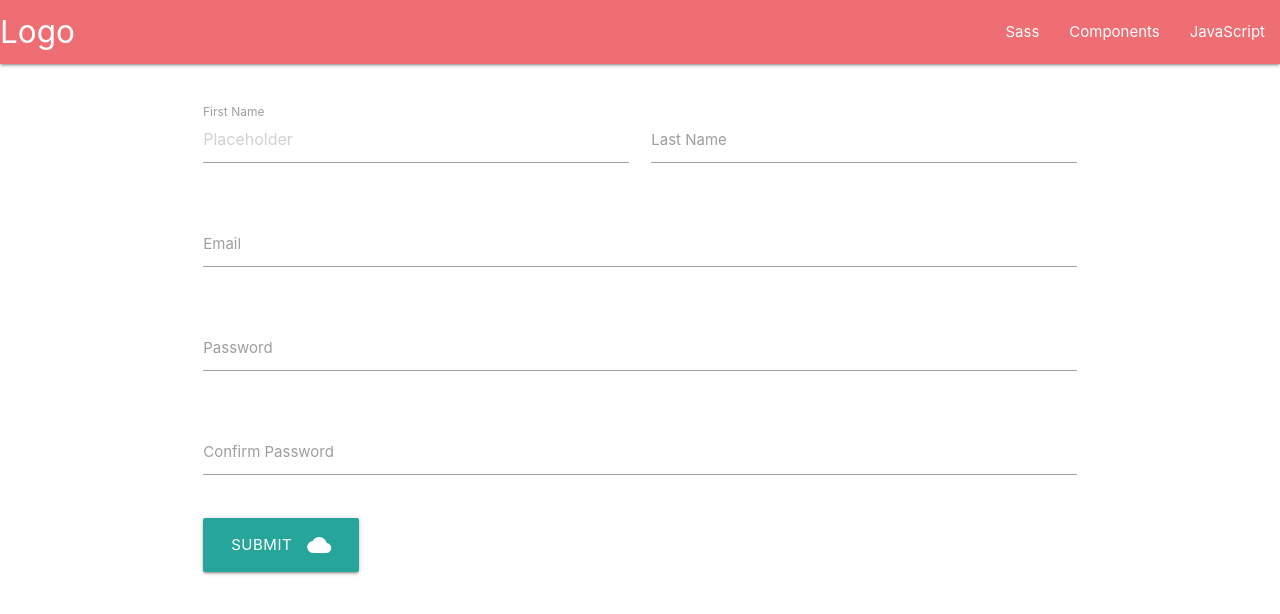
Repository: RavinakS/signup-page-html-js
Page: index.html
These files come from the project's save history. The page is drawn as it stood at one moment and after the next save; the edit follows.
The browser window is 1280 px wide. The pictures show the whole page.

Above is the page before, as saved 2021-12-13 12:01:41.

### index.html
<!DOCTYPE html>
<html lang="en">
<head>
    <meta charset="UTF-8">
    <meta http-equiv="X-UA-Compatible" content="IE=edge">
    <meta name="viewport" content="width=device-width, initial-scale=1.0">

    <title>Document</title>
    <link href="https://fonts.googleapis.com/icon?family=Material+Icons" rel="stylesheet">
    <link rel="stylesheet" href="https://cdnjs.cloudflare.com/ajax/libs/materialize/1.0.0/css/materialize.min.css">
    <script src="https://cdnjs.cloudflare.com/ajax/libs/materialize/1.0.0/js/materialize.min.js"></script>

</head>
<body>
    <nav>
        <div class="nav-wrapper">
          <a href="#" class="brand-logo">Logo</a>
          <ul id="nav-mobile" class="right hide-on-med-and-down">
            <li><a href="sass.html">Sass</a></li>
            <li><a href="badges.html">Components</a></li>
            <li><a href="collapsible.html">JavaScript</a></li>
          </ul>
        </div>
      </nav>
      <br/>
    <div class="container">
        <div class="row">
            <form class="col s12">
              <div class="row">
                <div class="input-field col s6">
                  <input placeholder="Placeholder" id="first_name" type="text" class="validate" name="firstName">
                  <label for="first_name">First Name</label>
                </div>
                <div class="input-field col s6">
                  <input id="last_name" type="text" class="validate" name="lastName">
                  <label for="last_name">Last Name</label>
                </div>
              </div>
              <div class="row">
                <div class="input-field col s12">
                  <input id="email" type="email" class="validate" name="email">
                  <label for="email">Email</label>
                </div>
              </div>
              <div class="row">
                <div class="input-field col s12">
                  <input id="password" type="password" class="validate" name="password">
                  <label for="password">Password</label>
                </div>
              </div>
              <div class="row">
                <div class="input-field col s12">
                  <input id="cPassword" type="password" class="validate" name="cPassword">
                  <label for="password">Confirm Password</label>
                </div>
              </div>

              <button class="waves-effect waves-light btn-large" type="submit" onclick="formValidation">
                  <i class="material-icons right">cloud</i>
                  Submit
              </button>

            </form>
            <p id="error-msg"></p>
          </div>
    </div>
</body>

<script>
    const regexObject = {
        name: new RegExp(/^([a-zA-Z]{2,}\s[a-zA-Z]{1,}'?-?[a-zA-Z]{2,}\s?([a-zA-Z]{1,})?)/),
        email: new RegExp(/^\w+([\.-]?\w+)*@\w+([\.-]?\w+)*(\.\w{2,3})+$/),
        password: new RegExp(/^(?=.*[A-Za-z])(?=.*\d)[A-Za-z\d]{8,}$/)
    }

    const formValidation = () =>{
        const errorP = document.getElementById('error-msg')
        errorP.innerHTML = ''

        const firstName = document.getElementById('first_name').value
        const lastName = document.getElementById('last_name').value
        const email = document.getElementById('email').value
        const password = document.getElementById('password').value
        const cPassword = document.getElementById('cPassword').value

        if(!regexObject.name.test(firstName)) {
            errorP.innerHTML = '<h1>Invalid first name</h1>'
            return;
        }else if(!regexObject.name.test(lastName)) {
            errorP.innerHTML = '<h1>Invalid last name</h1>'
            return;
        }else if(!regexObject.name.test(email)) {
            errorP.innerHTML = '<h1>Invalid Email</h1>'
            return;
        }else if(!regexObject.name.test(password)) {
            errorP.innerHTML = '<h1>Invalid Password</h1>'
            return;
        }else if(!regexObject.name.test(cPassword)) {
            errorP.innerHTML = '<h1>Invalid confirm password</h1>'
            return;
        }else if(password != cPassword) {
            errorP.innerHTML = '<h1>Password and Confirm password is mismatched</h1>'
            return;
        }

    }
</script>

</html>

After the next save:
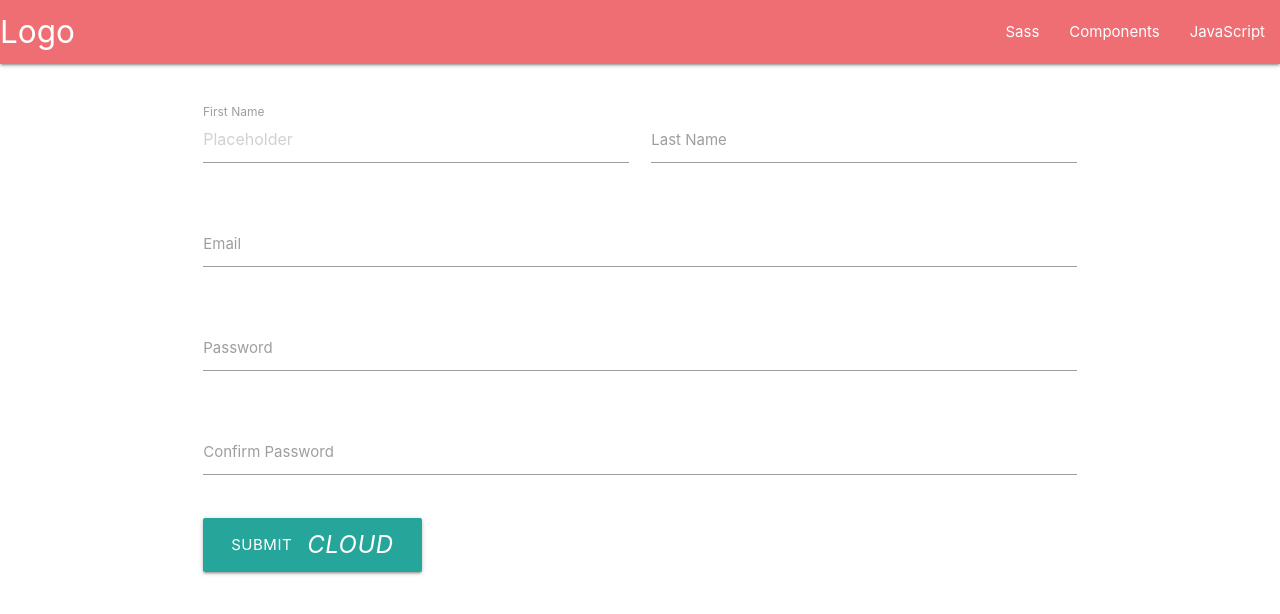
Saved 66 s later.
--- a/index.html
+++ b/index.html
@@ -56,7 +56,7 @@
               </div>
 
               <button class="waves-effect waves-light btn-large" type="submit" onclick="formValidation">
-                  <i class="material-icons right">cloud</i>
+                  <i class="assignment_turned_in right">cloud</i>
                   Submit
               </button>
 
